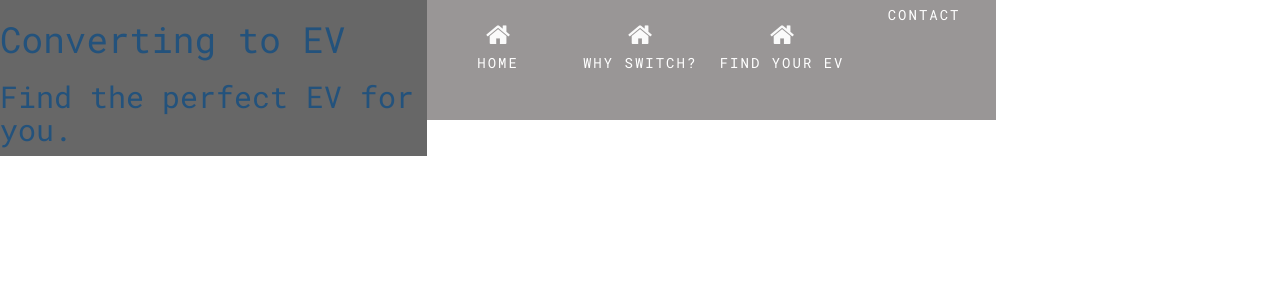
Repository: gnisco/2nd-project
Page: index.html
The author's editor kept a record of every edit. The page is drawn from the files as they stood at one moment, then again after the next edit.
The browser window is 1280 px wide. The pictures show the whole page.
Some web libraries are served in a nearby version.

Above is the page before.

### index.html
<!DOCTYPE html>
<html lang="en">
<head>
    <link rel="stylesheet" href="https://maxcdn.bootstrapcdn.com/bootstrap/3.3.7/css/bootstrap.min.css" type="text/css" />
    <link rel="stylesheet" href="https://maxcdn.bootstrapcdn.com/font-awesome/4.7.0/css/font-awesome.min.css" type="text/css" />
    <link rel="stylesheet" href="https://cdnjs.cloudflare.com/ajax/libs/hover.css/2.1.1/css/hover-min.css" type="text/css" />
    <link rel="stylesheet" href="assets/css/style.css" type="text/css" />
    <title>Convert to EV</title>
</head>
<body>
    <header class="container-fluid">
        <div class="row">
            <a href="index.html">
                <div class="col-md-4 logo">
                    <div class="row bg-color-name-title">
                        <div class="heading">
                            <h1 class="name">Converting to EV</h1>
                            <h2 class="title">Find the perfect EV for you.</h2>
                        </div>
                    </div>
                </div>

            </a>
            <div class="col-md-8">

                <div class="row">
                    <ul id="nav" class="list-inline clearfix">
                        <li class="col-xs-6 col-sm-2 ui-menu-color-home menuitem">
                            <a href="index.html" class="hvr-sweep-to-top"><i class="fa fa-home" aria-hidden="true"></i><span>Home</span></a>
                        </li>
                        <li class="col-xs-6 col-sm-2 ui-menu-color-why-switch menuitem">
                            <a href="why-switch.html" class="hvr-sweep-to-top"><i class="fa fa-home" aria-hidden="true"></i><span>Why switch?</span></a>
                        </li>
                        <li class="col-xs-6 col-sm-2 ui-menu-color-find-your-ev menuitem">
                            <a href="find-your-ev.html" class="hvr-sweep-to-top"><i class="fa fa-home" aria-hidden="true"></i><span>Find your EV</span></a>
                        </li>
                        <li class="col-xs-6 col-sm-2 ui-menu-color-contact menuitem">
                            <a href="contact.html" class="hvr-sweep-to-top"><span>Contact</span></a>
                        </li>
                    </ul>
                </div>
            </div>
        </div>
    </header>

</body>
</html>

### assets/css/style.css
@import url('https://fonts.googleapis.com/css?family=Roboto+Mono&display=swap');

#nav {
    margin: 0;
}

#nav li {
    padding: 0;
}

.menuitem {
    height: 120px;
    text-align: center;
    padding: 0;
}

.menuitem a {
    width: 100%;
    text-decoration: none;
    color: #ffffff;
    height: 120px;
}


.menuitem a i {
    padding-top: 22px;
    display: block;
    color: #fafafa;
    font-size: 26px;
}

.menuitem span {
    display: block;
    width: 100%;
    padding-top: 5px;
    text-align: center;
    text-transform: uppercase;
    font-size: 14px;
    font-weight: 300;
    letter-spacing: 2px;
}


/*--------------------------------------------Hover.css*/

.hvr-sweep-to-bottom:before {
    background: rgba(0, 0, 0, 0.2);
    height: 120px;
}

/*--------------------------------------------Colors*/

.bg-color-name-title {
    background-color: #676767;
}

.ui-menu-color-home {
    background-color: #999696;
}

.ui-menu-color-why-switch {
    background-color: #999696;
}

.ui-menu-color-find-your-ev {
    background-color: #999696;
}

.ui-menu-color-contact {
    background-color: #999696;
}




body {
    font-family: Roboto Mono, sans-serif;
    font-weight: 200;
    background-color: #fffff;
    color: #555555;
}

After the next edit:
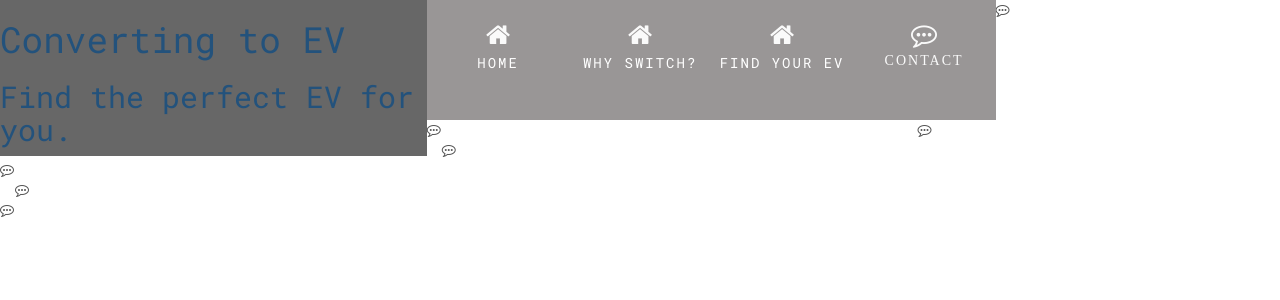
The edit:
--- a/index.html
+++ b/index.html
@@ -35,7 +35,7 @@
                             <a href="find-your-ev.html" class="hvr-sweep-to-top"><i class="fa fa-home" aria-hidden="true"></i><span>Find your EV</span></a>
                         </li>
                         <li class="col-xs-6 col-sm-2 ui-menu-color-contact menuitem">
-                            <a href="contact.html" class="hvr-sweep-to-top"><span>Contact</span></a>
+                            <a href="contact.html" class="hvr-sweep-to-top"><i class=" fa fa-commenting-o" aria-hidden="true"><span>Contact</span></a>
                         </li>
                     </ul>
                 </div>
